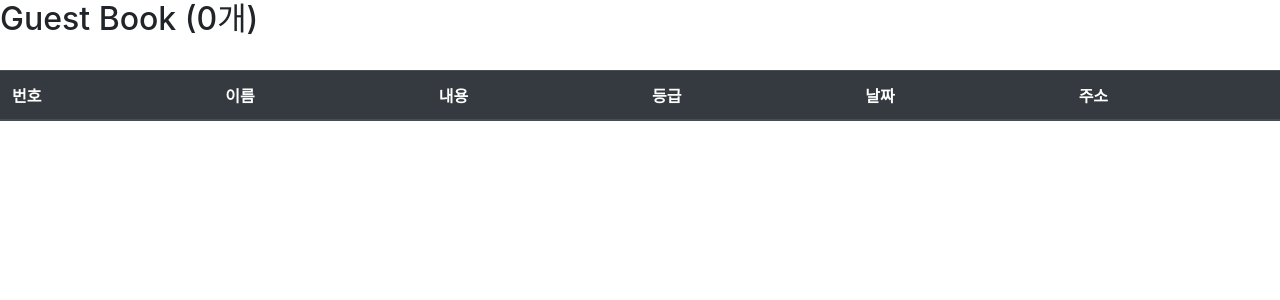
Repository: yerori/Eclipse
Page: http://localhost/ServletGuest/guestbook/list.gb
The author's editor kept a copy of each file at every save. The page is drawn from the files as they stood at one save, then again after the next save.
The browser window is 1280 px wide. The pictures show the whole page.
The page is served by Tomcat 9. Other server files are loaded and not shown. Queries for data that is not in the repository find no rows.

Above is the page before, as saved 2020-08-05 05:53:59.
Console error (its wording comes from the project's code and is left out).

### ServletGuest/WebContent/guestbook/listResult.jsp
<%@page import="java.util.ArrayList"%>
<%@page import="com.guest.model.GuestDAO"%> <!-- import 먼저 시키고 -->
<%@page import="com.guest.model.GuestDTO"%>
<%@ page language="java" contentType="text/html; charset=UTF-8"
    pageEncoding="UTF-8"%>
 <%@ taglib prefix="c" uri="http://java.sun.com/jsp/jstl/core" %> <!-- lib에 jstl넣고 이 태그 복붙 -->
 <link rel="stylesheet" href="https://stackpath.bootstrapcdn.com/bootstrap/4.5.1/css/bootstrap.min.css" integrity="sha384-VCmXjywReHh4PwowAiWNagnWcLhlEJLA5buUprzK8rxFgeH0kww/aWY76TfkUoSX" crossorigin="anonymous">
<script src="https://stackpath.bootstrapcdn.com/bootstrap/4.5.1/js/bootstrap.min.js" integrity="sha384-XEerZL0cuoUbHE4nZReLT7nx9gQrQreJekYhJD9WNWhH8nEW+0c5qq7aIo2Wl30J" crossorigin="anonymous"></script>
<!-- 부트스트랩 쓰긔 -->


<h2>Guest Book (${count }개)</h2><br>
<table class="table">
  <thead class="thead-dark">
    <tr>
      <th scope="col">번호</th>
      <th scope="col">이름</th>
      <th scope="col">내용</th>
      <th scope="col">등급</th>
      <th scope="col">날짜</th>
      <th scope="col">주소</th>
    </tr>
  </thead>
  <tbody>
  <c:forEach items="${guestbook }" var ="guest">
  		<!-- listaction에서 request.setAttribute("guestbook",arr)했으니, items에 guestbook담음-->
    <tr>
    <th scope="row">${guest.num }</th>
	<td>${guest.name }</td>
	<td>${guest.content }</td>
	<td>${guest.grade }</td>
	<td>${guest.created }</td>
	<td>${guest.ipaddr }</td>
	</tr>
	</c:forEach>
</table>
<div align="center">
	<c:if test="${pu.startPage > pu.pageBlock }"> <!-- 이전 -->
	 <a href="#">[이전]</a>
	</c:if >

	<c:forEach begin="${pu.startPage}" end="${pu.endPage }" var ="i">
	<c:if test="${i==pu.currentPage }"> <!-- 현재 페이지 -->
		<c:out value="${i }"/>
	</c:if>

	<c:if test="${i!=pu.currentPage }"><!-- 현재 페이지 아닌 경우 링크 부여 -->
	 <a href="#">${i }</a>
	</c:if>
	</c:forEach>

	<c:if test="${pu.endPage < pu.totPage }">
	 <a href="#">[다음]</a>
	</c:if>
</div>
</body>

</html>

### ServletGuest/src/com/guest/action/GuestListAction.java
package com.guest.action;

import java.io.IOException;
import java.util.ArrayList;

import javax.servlet.RequestDispatcher;
import javax.servlet.ServletException;
import javax.servlet.annotation.WebServlet;
import javax.servlet.http.HttpServlet;
import javax.servlet.http.HttpServletRequest;
import javax.servlet.http.HttpServletResponse;

import com.guest.model.GuestDAO;
import com.guest.model.GuestDTO;
import com.guest.model.PageUtil;


@WebServlet("/guestbook/list.gb")
public class GuestListAction extends HttpServlet {
	private static final long serialVersionUID = 1L;

    public GuestListAction() {
        super();
        // TODO Auto-generated constructor stub
    }

	protected void doGet(HttpServletRequest request, HttpServletResponse response) throws ServletException, IOException {
		request.setCharacterEncoding("utf-8");
		GuestDAO dao = GuestDAO.getInstance();
		String pageNum=request.getParameter("pageNum")==null?"1":request.getParameter("pageNum");
		int currentPage=Integer.parseInt(pageNum);
		int pageSize = 5; //한 페이지에 5번까지
		int startRow = (currentPage-1)*pageSize+1;
		int endRow=startRow*pageSize;

		try {

			int count=dao.getCount();
			//총페이지수
			int totPage=(count/pageSize)+(count%pageSize==0?0:1);
			int pageBlock = 3; //1,2,3 숫자 페이지만
			int startPage = ((currentPage-1)/pageBlock)*pageBlock+1;
			int endPage = startPage+pageBlock-1;

			if(endPage>totPage) endPage=totPage; //마지막 숫자는 나오면 x

			PageUtil pu = new PageUtil();
			pu.setCurrentPage(currentPage);
			pu.setEndPage(endPage);
			pu.setPageBlock(pageBlock);
			pu.setStartPage(startPage);
			pu.setTotPage(totPage);

			ArrayList<GuestDTO> arr = dao.guestList(startRow,endRow);

			request.setAttribute("pu", pu);
			request.setAttribute("guestbook", arr);
			request.setAttribute("count", count);
			RequestDispatcher rd = request.getRequestDispatcher("listResult.jsp");
			rd.forward(request, response);
		} catch (Exception e) {
			e.printStackTrace();
		}
	}

	protected void doPost(HttpServletRequest request, HttpServletResponse response) throws ServletException, IOException {

		doGet(request, response);
	}

}

### ServletGuest/src/com/guest/model/GuestDAO.java
package com.guest.model;

import java.sql.Connection;
import java.sql.PreparedStatement;
import java.sql.ResultSet;
import java.sql.SQLException;
import java.sql.Statement;
import java.util.ArrayList;

import javax.naming.Context;
import javax.naming.InitialContext;
import javax.sql.DataSource;

public class GuestDAO {


	//db세팅
private static GuestDAO instance = new GuestDAO();

	public static GuestDAO getInstance() {
		return instance;
	}

	private Connection getConnection() throws Exception{
		Context iniCtx = new InitialContext();
		Context envCtx = (Context) iniCtx.lookup("java:comp/env");
		DataSource ds = (DataSource) envCtx.lookup("jdbc/guest");
		return ds.getConnection();
	}


	//추가
	public void guestInsert(GuestDTO guest) throws Exception {
		Connection con=null;
		PreparedStatement ps = null;

		try {
			con=getConnection();			// ★ sql문 어려웠다 ㅠ_ㅠ → 입력하는 값이 3개밖에 없고, ip주소는 내가 입력하는게 아님!!
			String sql="insert into guestbook values(guestbook_seq.nextval,?,?,?,sysdate,?)";
			ps=con.prepareStatement(sql);
			ps.setString(1, guest.getName());
			ps.setString(2, guest.getContent());
			ps.setString(3, guest.getGrade());
			ps.setString(4, guest.getIpaddr());
			ps.executeUpdate(); //ps.execute() 적어도 상관 x

		} catch (SQLException e) {
			// TODO Auto-generated catch block
			e.printStackTrace();
		}finally {
			closeConnection(con,ps);
		}
	}

	//전체보기 페이지
	public ArrayList<GuestDTO> guestList(int startRow, int endRow) throws Exception{
		Connection con = null;
		PreparedStatement ps = null;
		ResultSet rs = null;
		ArrayList<GuestDTO> arr = new ArrayList<>();

		try {
			con=getConnection();
			StringBuilder sb = new StringBuilder();
			sb.append("select * from");
			sb.append(" (select aa.*, rownum rn from");
			sb.append(" (select * from guestbook order by num desc) aa");
			sb.append(" where rownum<=? ) where rn>=?");

			ps=con.prepareStatement(sb.toString());
			ps.setInt(1,endRow);
			ps.setInt(2,startRow);
			rs=ps.executeQuery();

			 while(rs.next()) {
				 GuestDTO guest = new GuestDTO();
				 guest.setContent(rs.getString("content"));
				 guest.setCreated(rs.getString("created"));
				 guest.setGrade(rs.getString("grade"));
				 guest.setIpaddr(rs.getString("ipaddr"));
				 guest.setName(rs.getString("name"));
				 guest.setNum(rs.getInt("num"));
				 arr.add(guest);
			 }
		} catch (SQLException e) {
			// TODO Auto-generated catch block
			e.printStackTrace();
		}
		finally {
			closeConnection(con, ps, rs);
		}
		return arr;
	}



	//전체보기
	public ArrayList<GuestDTO> guestList() throws Exception{
		Connection con = null;
		Statement st = null;
		ResultSet rs = null;
		ArrayList<GuestDTO> arr = new ArrayList<>();

		try {
			con=getConnection();
			String sql="select * from guestbook order by num asc";
			st=con.createStatement();
			rs=st.executeQuery(sql);
			 while(rs.next()) {
				 GuestDTO guest = new GuestDTO();
				 guest.setContent(rs.getString("content"));
				 guest.setCreated(rs.getString("created"));
				 guest.setGrade(rs.getString("grade"));
				 guest.setIpaddr(rs.getString("ipaddr"));
				 guest.setName(rs.getString("name"));
				 guest.setNum(rs.getInt("num"));
				 arr.add(guest);
			 }
		} catch (SQLException e) {
			// TODO Auto-generated catch block
			e.printStackTrace();
		}
		finally {
			closeConnection(con, st, rs);
		}
		return arr;
	}


	//상세보기


	//개수
	public int getCount() {
		Connection con=null;
		Statement st = null;
		ResultSet rs = null;
		int count=0;

		try {
			con=getConnection();
			String sql = "select count(*) from guestbook";
			st=con.createStatement();
			rs=st.executeQuery(sql);
			while(rs.next()) {
				count=rs.getInt(1);
			}
		} catch (Exception e) {
			// TODO Auto-generated catch block
			e.printStackTrace();
		}finally {
			closeConnection(con, st, rs);
		}
		return count;
	}



	//닫기

	private void closeConnection(Connection con, PreparedStatement ps) {
		try {
			if(ps!=null) ps.close();
			if(con!=null) con.close();
		} catch (SQLException e) {
			// TODO Auto-generated catch block
			e.printStackTrace();
		}
	}

	private void closeConnection(Connection con, Statement st,ResultSet rs) {

		try {
			if(st!=null) st.close();
			if(con!=null) con.close();
			if(rs!=null) rs.close();
		} catch (SQLException e) {
			// TODO Auto-generated catch block
			e.printStackTrace();
		}

}
}

### ServletGuest/src/com/guest/model/PageUtil.java
package com.guest.model;

public class PageUtil {
	private int currentPage;
	private int endPage;
	private int startPage;
	private int totPage;
	private int pageBlock;
	public int getCurrentPage() {
		return currentPage;
	}
	public void setCurrentPage(int currentPage) {
		this.currentPage = currentPage;
	}
	public int getEndPage() {
		return endPage;
	}
	public void setEndPage(int endPage) {
		this.endPage = endPage;
	}
	public int getStartPage() {
		return startPage;
	}
	public void setStartPage(int startPage) {
		this.startPage = startPage;
	}
	public int getTotPage() {
		return totPage;
	}
	public void setTotPage(int totPage) {
		this.totPage = totPage;
	}
	public int getPageBlock() {
		return pageBlock;
	}
	public void setPageBlock(int pageBlock) {
		this.pageBlock = pageBlock;
	}
}

After the next save:
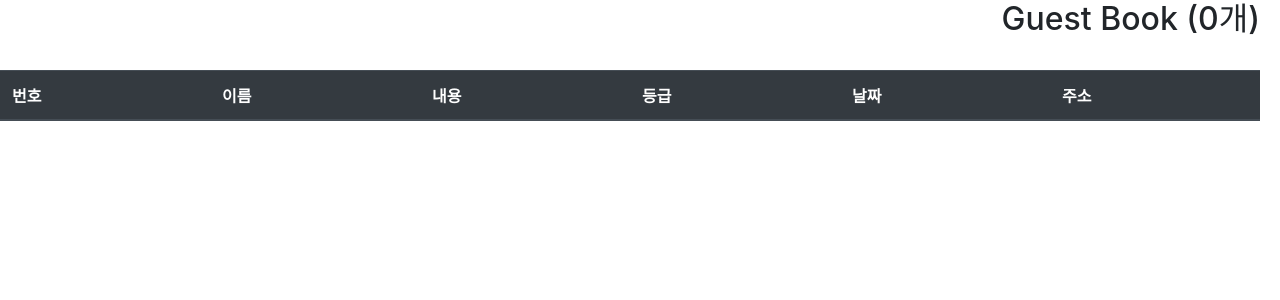
Saved 18 min 28 s later.
--- a/ServletGuest/WebContent/guestbook/listResult.jsp
+++ b/ServletGuest/WebContent/guestbook/listResult.jsp
@@ -8,7 +8,7 @@
 <script src="https://stackpath.bootstrapcdn.com/bootstrap/4.5.1/js/bootstrap.min.js" integrity="sha384-XEerZL0cuoUbHE4nZReLT7nx9gQrQreJekYhJD9WNWhH8nEW+0c5qq7aIo2Wl30J" crossorigin="anonymous"></script>
 <!-- 부트스트랩 쓰긔 -->
 
-
+<div align="right" style="margin-right:20px">
 <h2>Guest Book (${count }개)</h2><br>
 <table class="table">
   <thead class="thead-dark">
@@ -54,5 +54,5 @@
 	</c:if>
 </div>
 </body>
-
+</div>
 </html>

After the save that followed:
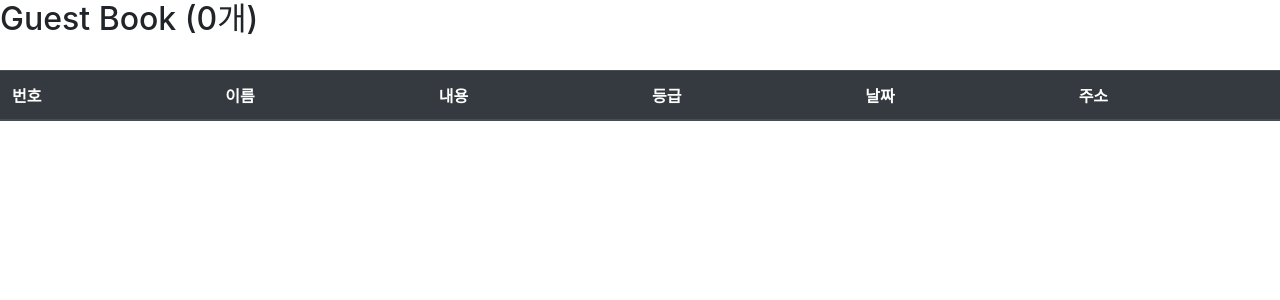
Saved 18 s later.
--- a/ServletGuest/WebContent/guestbook/listResult.jsp
+++ b/ServletGuest/WebContent/guestbook/listResult.jsp
@@ -8,7 +8,7 @@
 <script src="https://stackpath.bootstrapcdn.com/bootstrap/4.5.1/js/bootstrap.min.js" integrity="sha384-XEerZL0cuoUbHE4nZReLT7nx9gQrQreJekYhJD9WNWhH8nEW+0c5qq7aIo2Wl30J" crossorigin="anonymous"></script>
 <!-- 부트스트랩 쓰긔 -->
 
-<div align="right" style="margin-right:20px">
+
 <h2>Guest Book (${count }개)</h2><br>
 <table class="table">
   <thead class="thead-dark">
@@ -54,5 +54,5 @@
 	</c:if>
 </div>
 </body>
-</div>
+
 </html>
